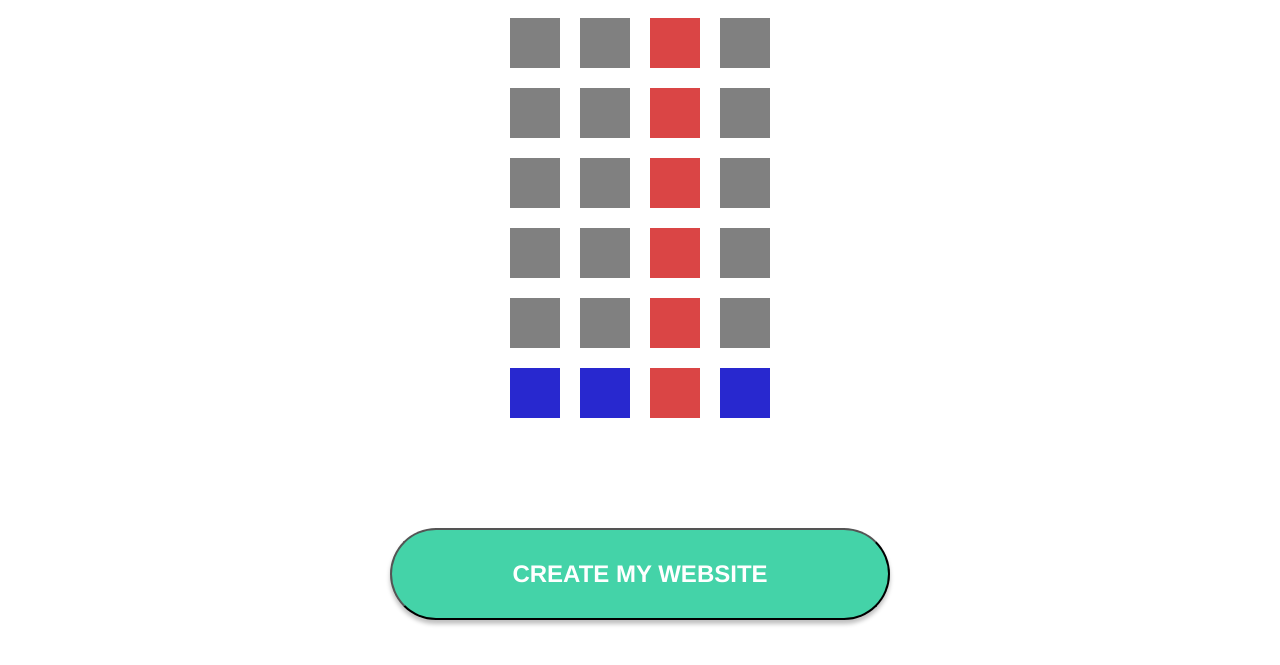
Repository: batonAnton/Hw-Lec-8
Page: index.html
The author's editor kept a copy of each file at every save. The page is drawn from the files as they stood at one save, then again after the next save.
The browser window is 1280 px wide. The pictures show the whole page.

Above is the page before, as saved 2022-06-24 12:05:27.

After the next save:
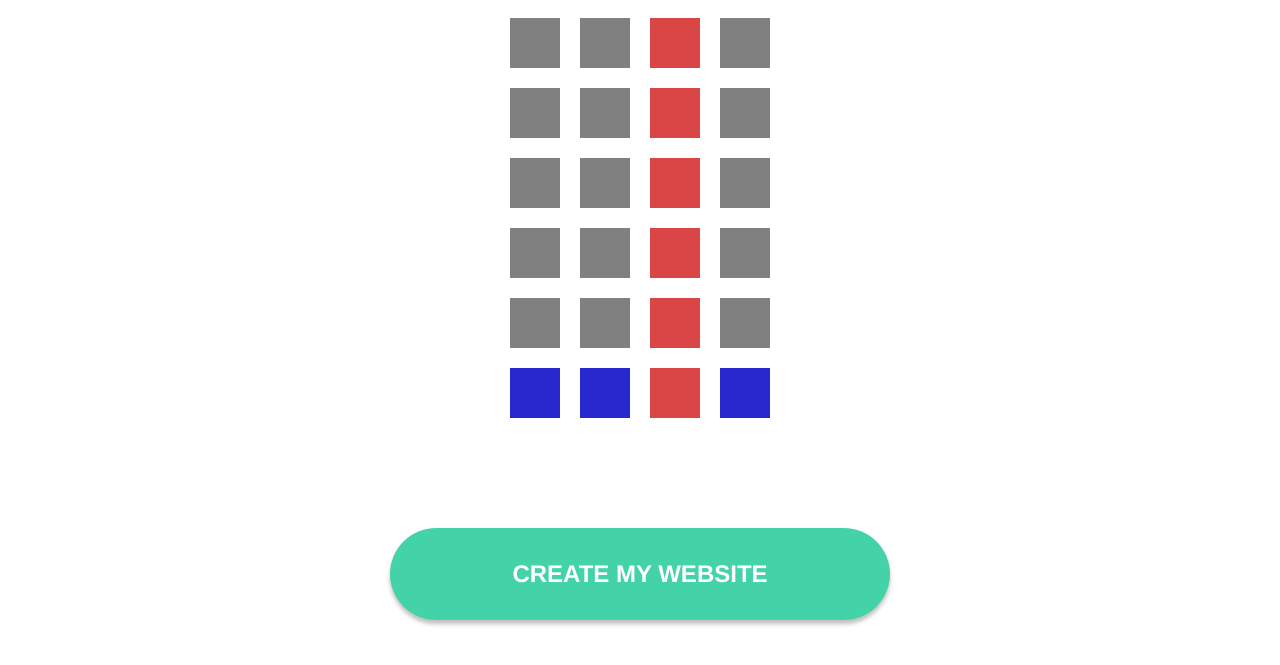
Saved 5 min 6 s later.
--- a/css/style.css
+++ b/css/style.css
@@ -43,20 +43,22 @@ background-color: #44D3A8;
 box-shadow: 0px 4px 4px rgba(0, 0, 0, 0.25);
 border-radius: 100px;
 color: #FFFFFF;
-
+border: none;
 }
 
 .section:before{
     content: "";
     width: 200px;
+    height: 20px;
     border-top: 5px solid #44D3A8;
     border-bottom: 5px solid #44D3A8;
 
 }
 
 .section:after{
-    content: "";
-    width: 200px;height: 2px;
+    content: " ";
+    width: 200px;
+    height: 2px;
     border-top: 1px solid #44D3A8;
     border-bottom: 1px solid #44D3A8;
 
